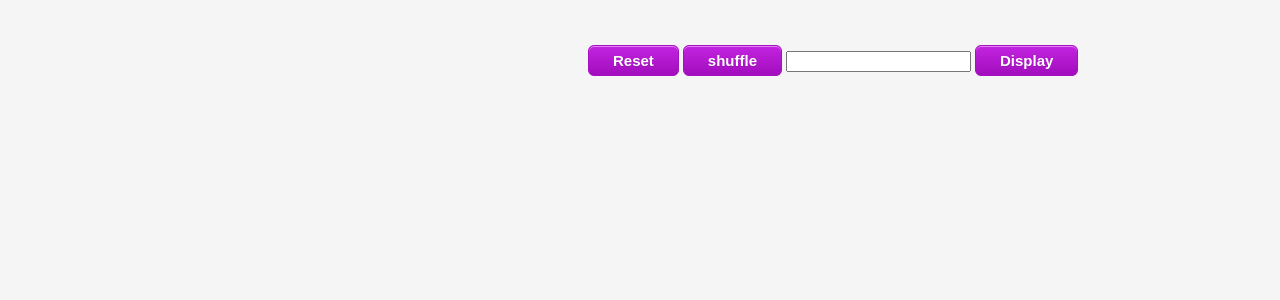
Repository: rashmikagamage/puzzle-vanila-js
Page: index.html
These files come from the project's save history. The page is drawn as it stood at one moment and after the next save; the edit follows.
The browser window is 1280 px wide. The pictures show the whole page.

Above is the page before, as saved 2020-08-06 14:31:50.

### index.html
<!DOCTYPE html>
<html>

<head>
    <link rel="stylesheet" type="text/css" href="./style.css">
</head>

<body>
    <div id="win" style="margin-left: 600px; font-size: 30px; text-shadow: black; margin-top: 25px; color: red;"></div>
    <div class="gridContainer" id="imgContainer"></div>
    <button class="reset " style="margin-left: 580px; " onclick="reset() " align="center ">Reset</button>
    <button class="reset " onclick="shuffle() ">shuffle</button>

    <input type="text" id="number">
    <button class="reset" onclick="display()"> Display</button>

    <script src="./function.js">
    </script>

</body>

</html>

### style.css
.gridContainer {
    display: grid;
}

body {
    background-color: whitesmoke;
}

.wrapper {
    margin-left: 460px;
    margin-top: 50px;
    display: grid;
    grid-template-columns: 143px 143px 143px;
    grid-template-rows: 145px 145px 148px;
}

.reset {
    margin-top: 20px;
    box-shadow: inset 0px 1px 0px 0px #e184f3;
    background: linear-gradient(to bottom, #c123de 5%, #a20dbd 100%);
    background-color: #c123de;
    border-radius: 6px;
    border: 1px solid #a511c0;
    display: inline-block;
    cursor: pointer;
    color: #ffffff;
    font-family: Arial;
    font-size: 15px;
    font-weight: bold;
    padding: 6px 24px;
    text-decoration: none;
    text-shadow: 0px 1px 0px #9b14b3;
}

.reset:hover {
    background: linear-gradient(to bottom, #a20dbd 5%, #c123de 100%);
    background-color: #a20dbd;
}

.reset:active {
    position: relative;
    top: 1px;
}

.test {
    width: 350px;
    height: 70px;
    padding: 10px;
    border: 1px solid #aaaaaa;
}

### function.js
let cells = [];
let cellsCopy = []
let dragElement;
let moves = 0;
let num;
let isPuzzleBuilt = false;
let num2;

function build() {


    document.getElementById("imgContainer").innerHTML = ""

    let cellSize = 450 / num + "px";
    let yPosition = 0;
    for (let i = 0; i < cells.length; i++) {
        var x = document.createElement("div");
        x.style.width = cellSize;
        x.style.height = cellSize;
        x.style.border = "solid white 1px";
        x.setAttribute("id", "img" + i);

        if (cells[i].flag == -1) {
            x.style.backgroundColor = "white";
        } else {
            x.style.backgroundImage = "url('./chess.jpg')";
            x.style.backgroundPosition = cells[i].xPosition + "% " + cells[i].yPosition + "%";
        }

        //x.innerText = xPosition + " " + yPosition
        x.draggable = "true";
        x.addEventListener("dragstart", () => drag(event))
        x.addEventListener("dragover", () => allowDrop(event))
        x.addEventListener("drop", () => move(event))
        document.getElementById("imgContainer").appendChild(x);
    }
    yPosition = yPosition + (100 / (num - 1));
    isPuzzleBuilt = true;
}


function display() {


    if (isPuzzleBuilt == true) {
        alert("refresh the Page to rebuild");
        return;
    }

    if (document.getElementById("number").value == "") {
        alert("enter a number");
        return;
    }

    num = parseInt(document.getElementById("number").value);
    num2 = num;
    document.getElementById("number").value = ""
    cellsCopy = [...cells];
    let row = num;
    let col = num;
    let idCount = 0;
    let grid = "";
    let cellSize = 450 / num + "px";

    for (let i = 0; i < num; i++) {
        grid = grid + cellSize + " ";
    }

    document.getElementById("imgContainer").style.gridTemplateColumns = grid;
    let yPosition = 0;

    for (let i = 0; i < row; i++) {
        let xPosition = 0;
        for (let j = 0; j < col; j++) {
            if (idCount == (num * num) - 1) {
                //    cells.push({ 'x': -1, 'y': -1 });
                cells.push({ 'xPosition': xPosition, 'yPosition': yPosition, 'flag': -1 });
            } else {
                cells.push({ 'xPosition': xPosition, 'yPosition': yPosition, 'flag': 0 });
            }
            xPosition = xPosition + (100 / (num - 1));
            idCount++;
        }
        yPosition = yPosition + (100 / (num - 1));
    }
    cellsCopy = [...cells]
    shuffle();
}

function allowDrop(ev) {
    ev.preventDefault();
}

function drag(ev) {
    ev.dataTransfer.setData("contain", ev.target.id);
    dragElement = parseInt(event.target.id.substring(3));
}

function move(ev) {
    let num = num2
    dropElement = parseInt(event.target.id.substring(3));
    console.log(cells[dropElement].xPosition)
    let flag = false;
    //handling right moves
    if (dragElement % num < (num - 1) && cells[dropElement].flag == -1) {

        if (cells[dragElement + 1].flag == -1) {

            document.getElementById("img" + dragElement).style.backgroundImage = "";
            document.getElementById("img" + dragElement).style.backgroundColor = "white";
            document.getElementById("img" + dropElement).style.backgroundImage = "url('./chess.jpg.')";
            document.getElementById("img" + dropElement).style.backgroundPosition = cells[dragElement].x + "% " + cells[dragElement].y + "% ";
            temp = cells[dragElement];
            cells[dragElement] = cells[dropElement];
            cells[dropElement] = temp;
            flag = true;
            moves++;
            checkWin();
        }
    }

    //handling down moves
    if (dragElement < ((num * num) - num) && cells[dropElement].flag == -1) {
        if (cells[dragElement + num].flag == -1) {
            document.getElementById("img" + dragElement).style.backgroundImage = "";
            document.getElementById("img" + dragElement).style.backgroundColor = "white";
            document.getElementById("img" + dropElement).style.backgroundImage = "url('./chess.jpg.')";
            document.getElementById("img" + dropElement).style.backgroundPosition = cells[dragElement].x + "% " + cells[dragElement].y + "% ";
            temp = cells[dragElement];
            cells[dragElement] = cells[dropElement];;
            cells[dropElement] = temp;
            flag = true;
            moves++;
            checkWin();
        }
    }

    //handling up moves
    if (dragElement < (num * num) && dragElement > num - 1 && cells[dropElement].flag == -1) {

        if (cells[dragElement - num].flag == -1) {
            document.getElementById("img" + dragElement).style.backgroundImage = "";
            document.getElementById("img" + dragElement).style.backgroundColor = "white";
            document.getElementById("img" + dropElement).style.backgroundImage = "url('./chess.jpg.')";
            document.getElementById("img" + dropElement).style.backgroundPosition = cells[dragElement].x + "% " + cells[dragElement].y + "% ";
            temp = cells[dragElement];
            cells[dragElement] = cells[dropElement];
            cells[dropElement] = temp;
            flag = true;
            moves++;
            checkWin();
        }
    }

    //handling left moves
    if (dragElement % num > 0 && cells[dropElement].flag == -1) {
        if (cells[dragElement - 1].flag == -1) {
            document.getElementById("img" + dragElement).style.backgroundImage = "";
            document.getElementById("img" + dragElement).style.backgroundColor = "white";
            document.getElementById("img" + dropElement).style.backgroundImage = "url('./chess.jpg.')";
            document.getElementById("img" + dropElement).style.backgroundPosition = cells[dragElement].x + "% " + cells[dragElement].y + "% ";
            temp = cells[dragElement];
            cells[dragElement] = cells[dropElement];
            cells[dropElement] = temp;
            flag = true;
            moves++;
            checkWin();
        }
    }
    if (flag == false) {
        alert("Can not be Moved");
    }
}

function checkWin() {
    var flag = true;

    //if array equals to starting array user wins
    for (let i = 0; i < cellsCopy.length; i++) {
        if (cells[i] != cellsCopy[i]) {
            flag = false;
            break;
        }
    }
    if (flag == true && moves > 0) {
        document.getElementById("win").innerHTML = "You Won !";
    }
}

function shuffle() {
    //shuffle the array
    for (var i = cells.length - 1; i > 0; i--) {
        var j = Math.floor(Math.random() * (i + 1));
        var temp = cells[i];
        cells[i] = cells[j];
        cells[j] = temp;
    }
    //Calling build method
    build();

}

function reset() {

    cells = [...cellsCopy]
    build();

}

After the next save:
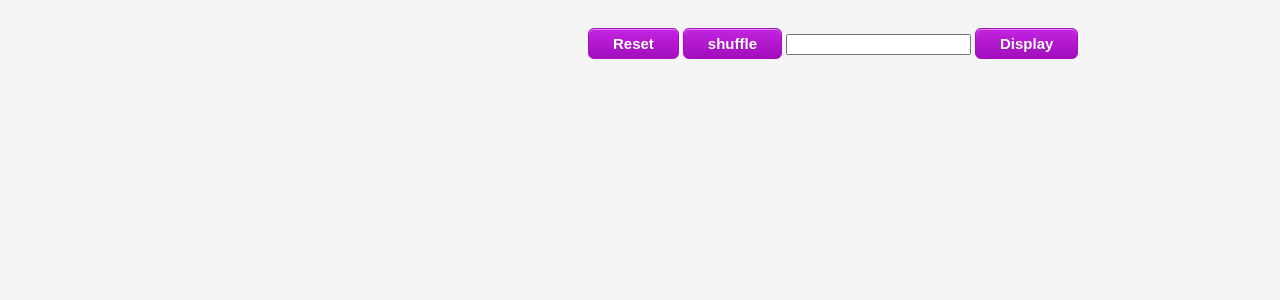
Saved 40 s later.
--- a/index.html
+++ b/index.html
@@ -6,13 +6,14 @@
 </head>
 
 <body>
-    <div id="win" style="margin-left: 600px; font-size: 30px; text-shadow: black; margin-top: 25px; color: red;"></div>
-    <div class="gridContainer" id="imgContainer"></div>
     <button class="reset " style="margin-left: 580px; " onclick="reset() " align="center ">Reset</button>
     <button class="reset " onclick="shuffle() ">shuffle</button>
 
     <input type="text" id="number">
     <button class="reset" onclick="display()"> Display</button>
+    <div id="win" style="margin-left: 600px; font-size: 30px; text-shadow: black; margin-top: 25px; color: red;"></div>
+    <div class="gridContainer" id="imgContainer"></div>
+
 
     <script src="./function.js">
     </script>
